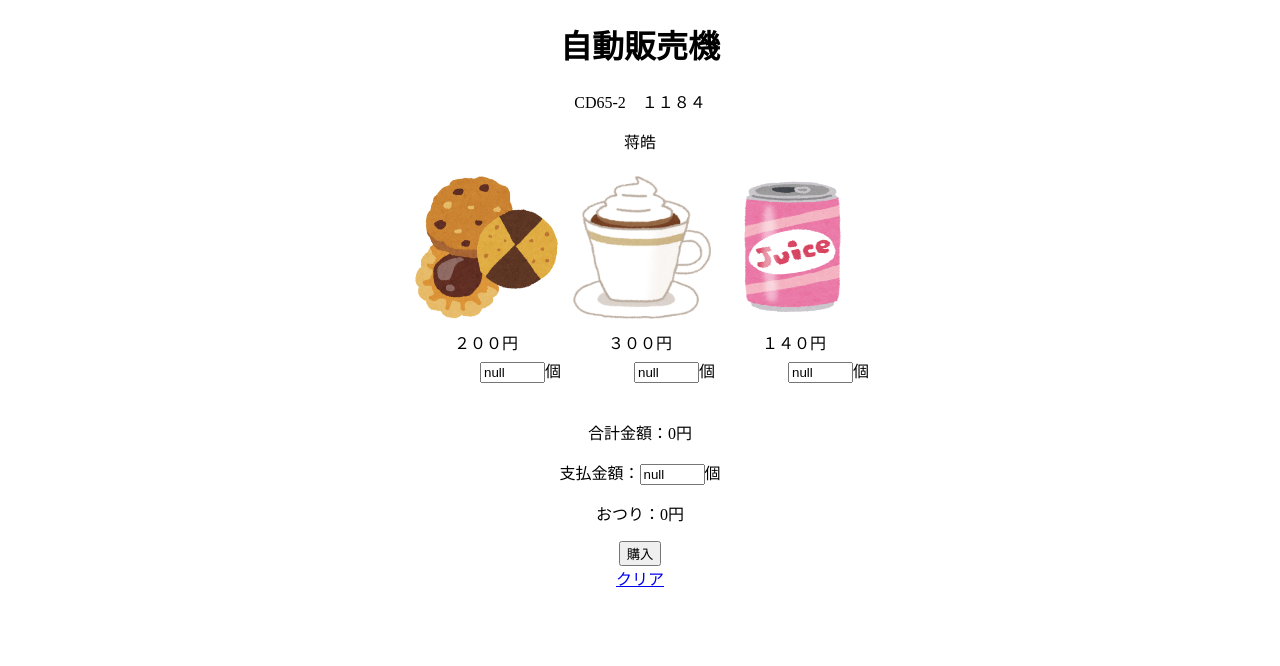
Repository: jh0612/2021_Azure_study
Page: http://localhost/Myproj2/ClearServlet
An editor plug-in stored every save of this project. The page is shown before and after the next save, followed by the edit.
The browser window is 1280 px wide. The pictures show the whole page.
The page is served by Tomcat 9.

Above is the page before, as saved 2021-12-08 07:12:50.
Console error: SyntaxError: Invalid or unexpected token

After the next save:
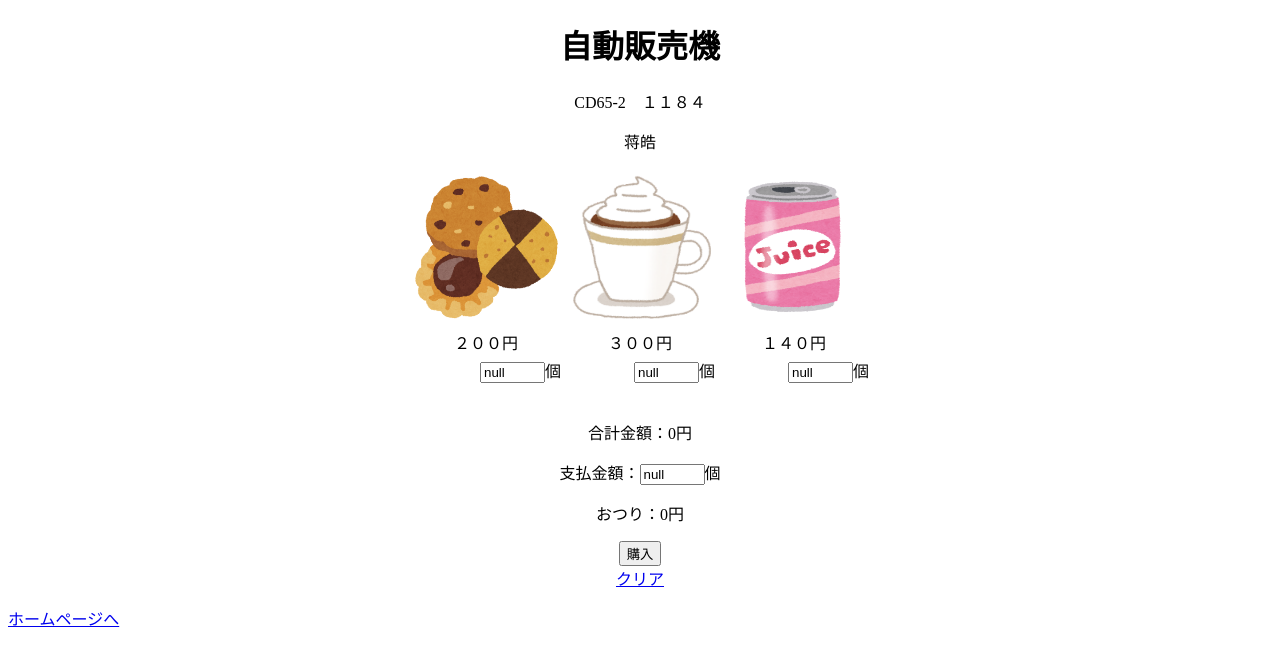
Saved 2 min 13 s later.
--- a/Demoforme/Myproj2/src/main/webapp/jihanki.jsp
+++ b/Demoforme/Myproj2/src/main/webapp/jihanki.jsp
@@ -75,6 +75,6 @@
       <!--&nbsp; &nbsp;&nbsp; -->
       <a href="ClearServlet">クリア</a>
       </div>
-
+    <p><a href=\"index.htm\">ホームページへ</a>
   </body>
 </html>
